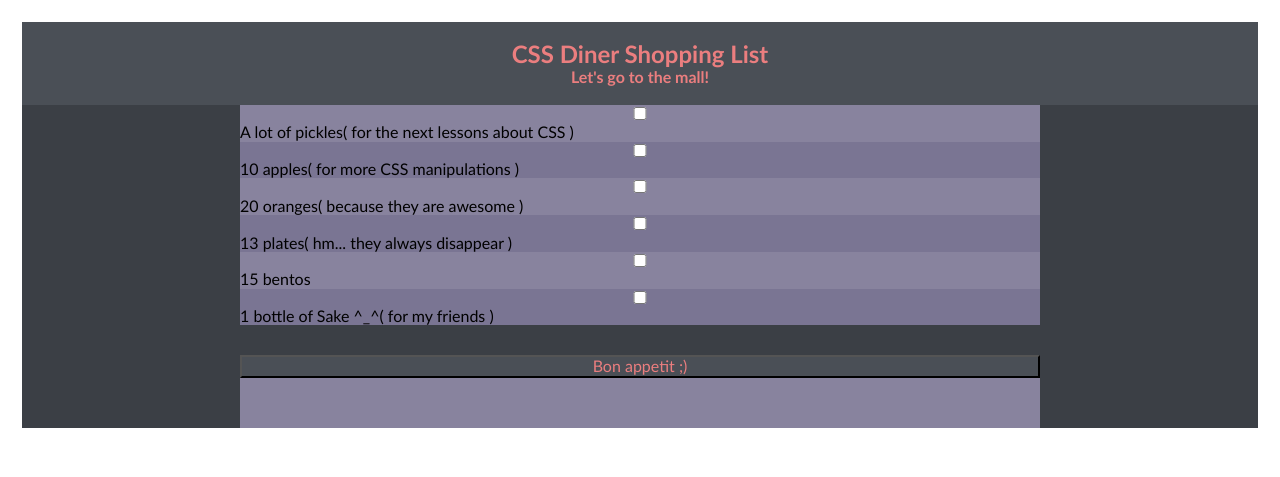
Repository: shpakovskaya/github.io
Page: selector css/shopping list/index.html
These files come from the project's save history. The page is drawn as it stood at one moment and after the next save; the edit follows.
The browser window is 1280 px wide. The pictures show the whole page.

Above is the page before, as saved 2021-11-05 23:47:21.

After the next save:
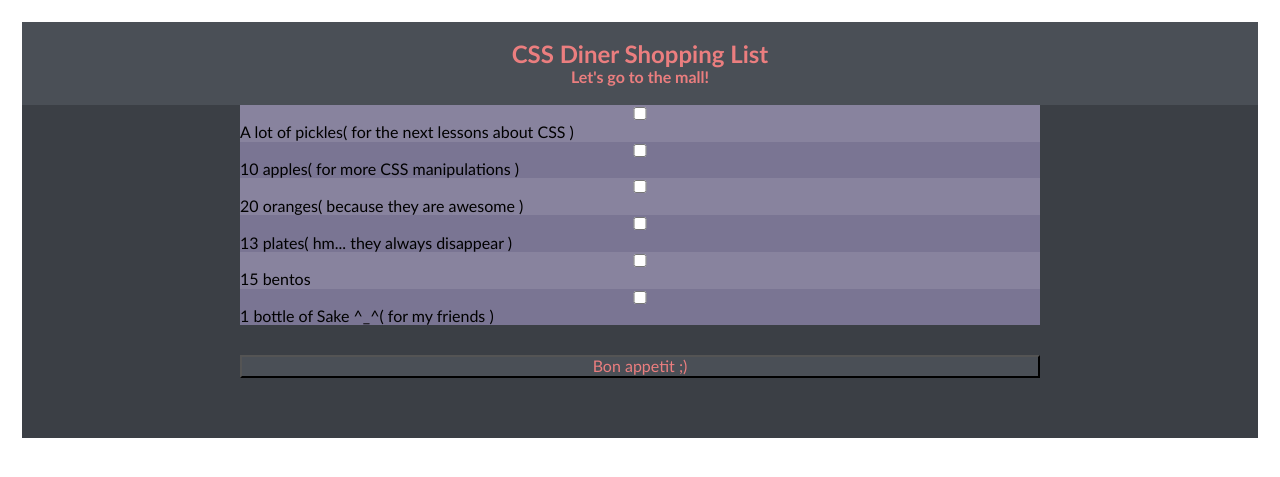
Saved 33 s later.
--- a/selector css/shopping list/style.css
+++ b/selector css/shopping list/style.css
@@ -79,7 +79,7 @@
   background-color: #3b3f45;
   display: flex;
   justify-content: center;
-  margin-bottom: 50px;
+  padding-bottom: 60px;
 }
 
 .bon__wrapper {
